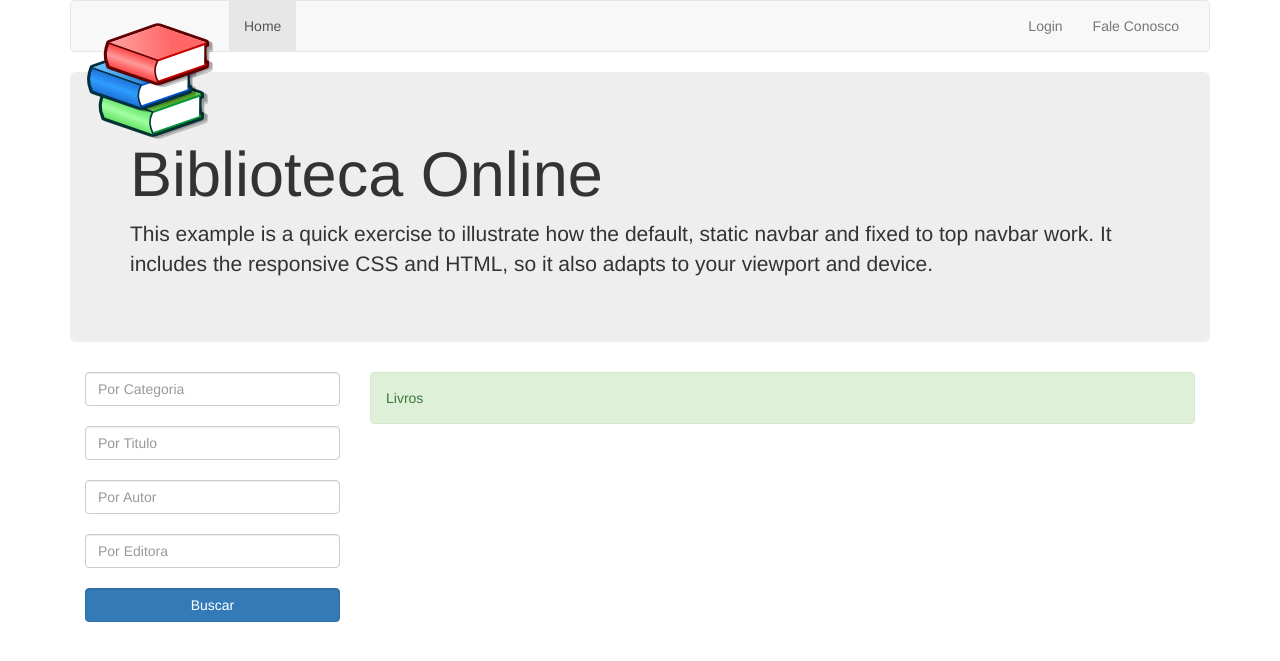
Repository: stefanyco/biblioteca
Page: http://localhost/Biblioteca/home.jsp
The author's editor kept a copy of each file at every save. The page is drawn from the files as they stood at one save, then again after the next save.
The browser window is 1280 px wide. The pictures show the whole page.
The page is served by Tomcat 9. Other server files are loaded and not shown.

Above is the page before, as saved 2016-11-17 22:58:08.

### Sistema Biblioteca/Biblioteca/WebContent/home.jsp
<%@ page language="java" contentType="text/html; charset=ISO-8859-1"
	pageEncoding="ISO-8859-1"%>
<!DOCTYPE html PUBLIC "-//W3C//DTD HTML 4.01 Transitional//EN" "http://www.w3.org/TR/html4/loose.dtd">
<html>
<head>
<meta http-equiv="Content-Type" content="text/html; charset=ISO-8859-1">
<link href="bootstrap.min.css" rel="stylesheet">
</head>
<body>

	<div class="container">

		<!-- Static navbar -->
		<nav class="navbar navbar-default">
		<div class="container-fluid">
			<div class="navbar-header">
				<a class="navbar-brand" href="#"><img src="livros.png"/></a>
			</div>
			<div id="navbar" class="navbar-collapse collapse">
				<ul class="nav navbar-nav">
					<li class="active"><a href="#">Home</a></li>
				</ul>
				<ul class="nav navbar-nav navbar-right">
					<li><a href="login.jsp">Login</a></li>
					<li><a href="contato.jsp">Fale Conosco</a></li>
				</ul>
			</div>
			<!--/.nav-collapse -->
		</div>
		<!--/.container-fluid --> </nav>

		<!-- Main component for a primary marketing message or call to action -->
		<div class="jumbotron">
			<h1>Biblioteca Online</h1>
			<p>This example is a quick exercise to illustrate how the
				default, static navbar and fixed to top navbar work. It includes the
				responsive CSS and HTML, so it also adapts to your viewport and
				device.</p>
		</div>


		<!-- /container -->

		<div class="col-md-3">
			<input type="text" class="form-control" placeholder="Por Categoria"> </br>
			<input type="text" class="form-control"  placeholder="Por Titulo"> </br>
			<input type="text" class="form-control" placeholder="Por Autor"> </br>
			<input type="text" class="form-control" placeholder="Por Editora"> </br>
			<button type="submit" class="btn btn-primary form-control">Buscar</button>
		</div>

		<div class="col-md-9">

			<!-- Livros -->
			<div class="alert alert-success">Livros</div>

		</div>
	</div>

</body>
</html>

Loaded but not shown: Sistema Biblioteca/Biblioteca/WebContent/bootstrap.min.css (library)

After the next save:
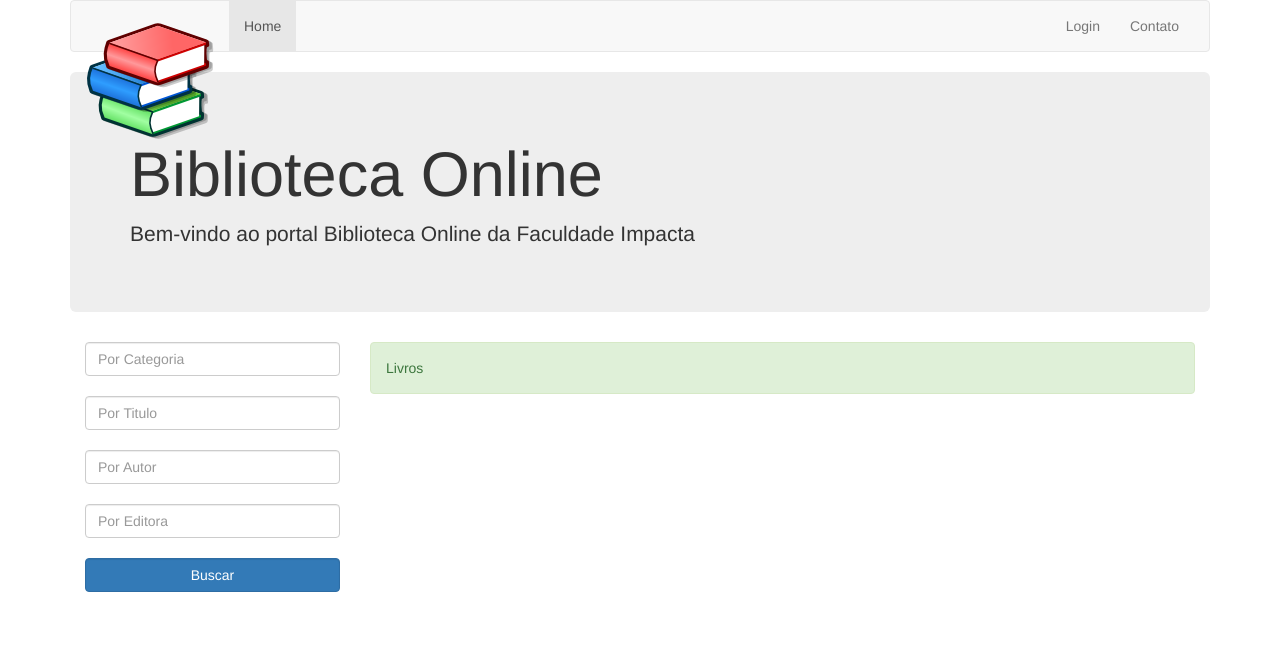
Saved 96 s later.
--- a/Sistema Biblioteca/Biblioteca/WebContent/home.jsp
+++ b/Sistema Biblioteca/Biblioteca/WebContent/home.jsp
@@ -22,7 +22,7 @@
 				</ul>
 				<ul class="nav navbar-nav navbar-right">
 					<li><a href="login.jsp">Login</a></li>
-					<li><a href="contato.jsp">Fale Conosco</a></li>
+					<li><a href="contato.jsp">Contato</a></li>
 				</ul>
 			</div>
 			<!--/.nav-collapse -->
@@ -32,10 +32,7 @@
 		<!-- Main component for a primary marketing message or call to action -->
 		<div class="jumbotron">
 			<h1>Biblioteca Online</h1>
-			<p>This example is a quick exercise to illustrate how the
-				default, static navbar and fixed to top navbar work. It includes the
-				responsive CSS and HTML, so it also adapts to your viewport and
-				device.</p>
+			<p>Bem-vindo ao portal Biblioteca Online da Faculdade Impacta</p>
 		</div>
 
 
